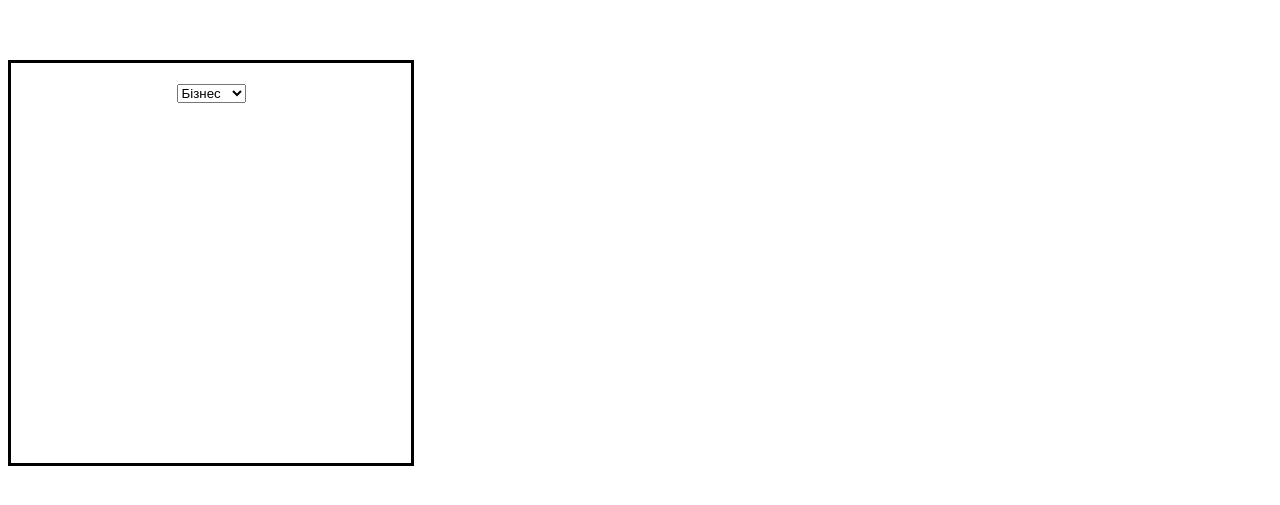
Repository: Salexandraa/HOME_Subotina
Page: / (app in plane-tickets/)
An editor plug-in stored every save of this project. The page is shown before and after the next save, followed by the edit.
The browser window is 1280 px wide. The pictures show the whole page.
The project was rebuilt for these pictures with package versions that can differ from the ones it lists, and the page was loaded fresh each time.

Above is the page before, as saved 2020-10-10 19:24:04.

After the next save:
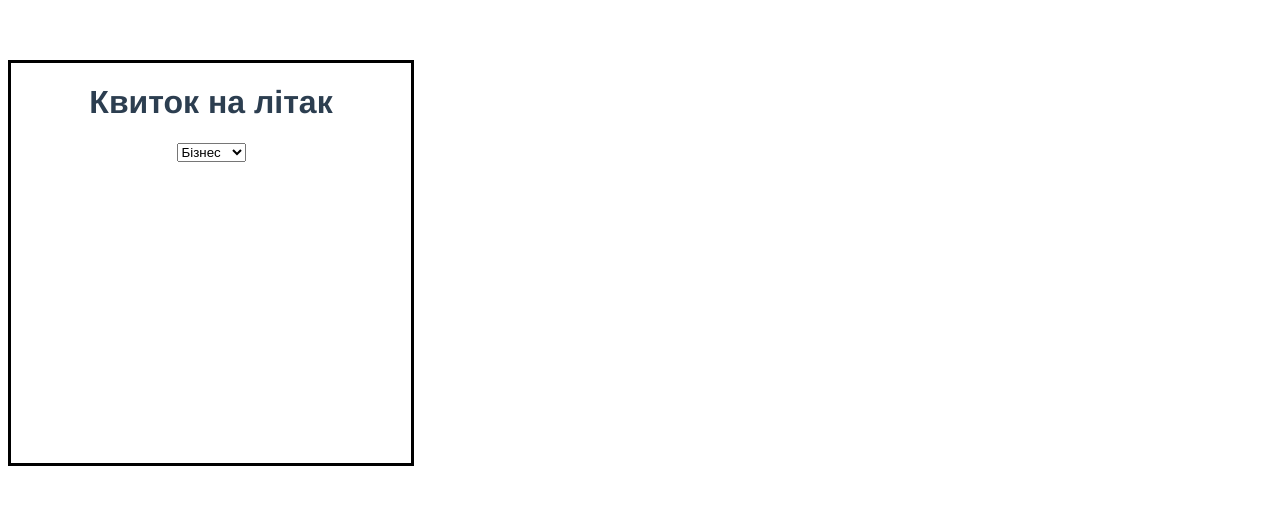
Saved 28 s later.
--- a/plane-tickets/src/App.vue
+++ b/plane-tickets/src/App.vue
@@ -1,6 +1,8 @@
 <template>
   <div id="app">
-   <ticket/>
+   <ticket
+   title="Квиток на літак"
+   />
   </div>
 </template>
 
